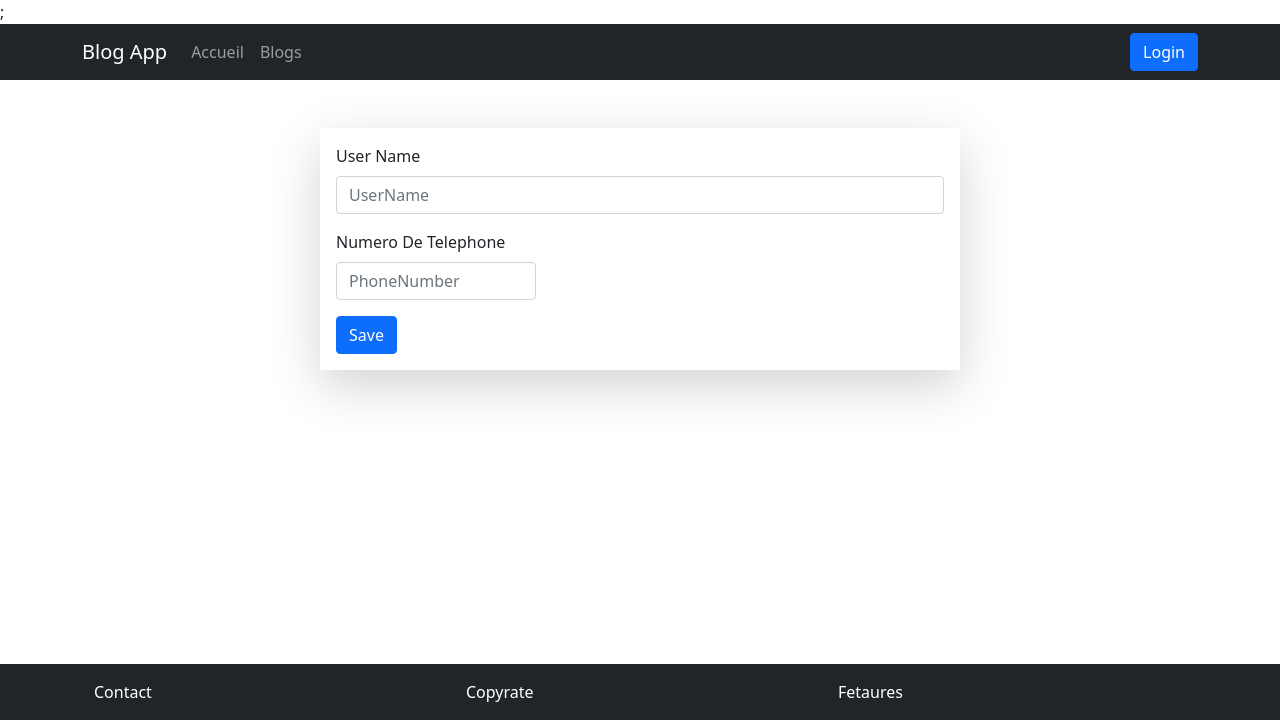
Repository: FS-23/laravel-blog-app
Page: http://localhost/user/create
These files come from the project's save history. The page is drawn as it stood at one moment and after the next save; the edit follows.
The browser window is 1280 px wide. The pictures show the whole page.
The page is served by the project's Laravel application, run on PHP 8.4 with Laravel 9.

Above is the page before, as saved 2022-06-07 11:28:18.

After the next save:
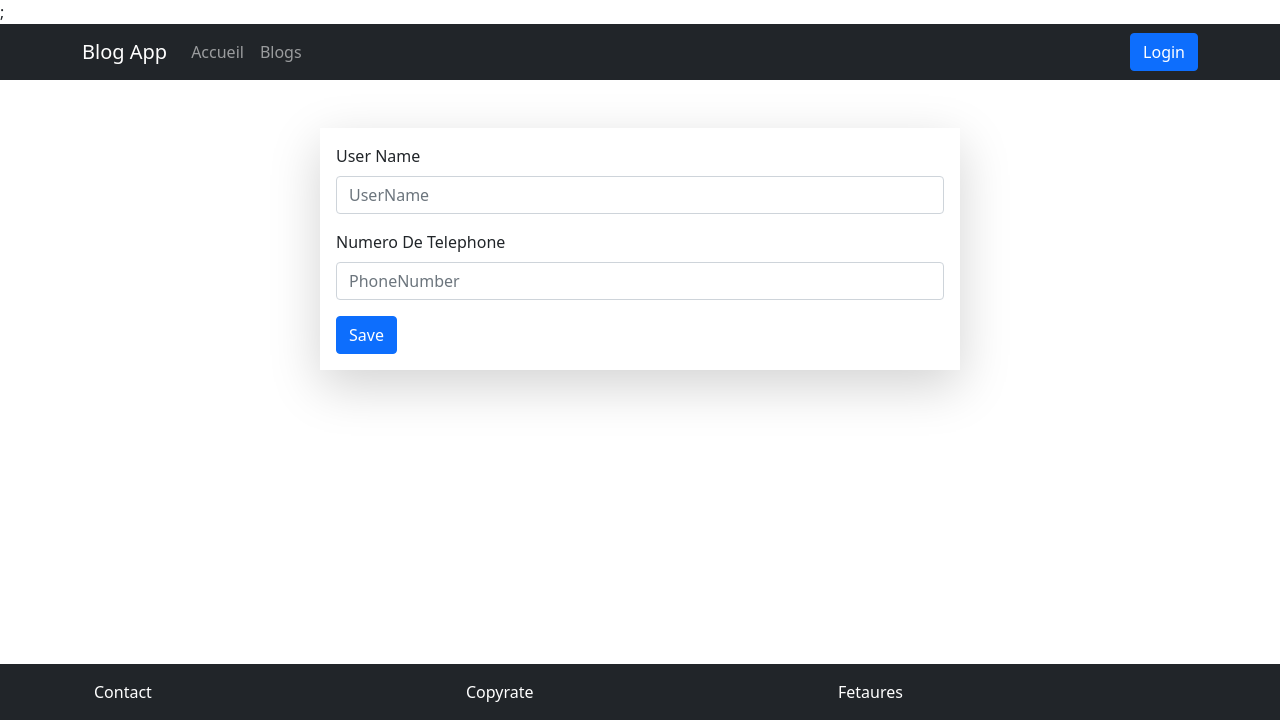
Saved 22 s later.
--- a/BlogApp/resources/views/user/create.blade.php
+++ b/BlogApp/resources/views/user/create.blade.php
@@ -7,7 +7,7 @@
         <label for="exampleInputUser" class="form-label">User Name</label>
         <input type="text" class="form-control" placeholder="UserName">
       </div>
-      <div class="mb-3" style="width:200px">
+      <div class="mb-3">
         <label for="exampleInputNumber" class="form-label">Numero De Telephone</label>
         <input type="number" class="form-control" placeholder="PhoneNumber">
       </div>
